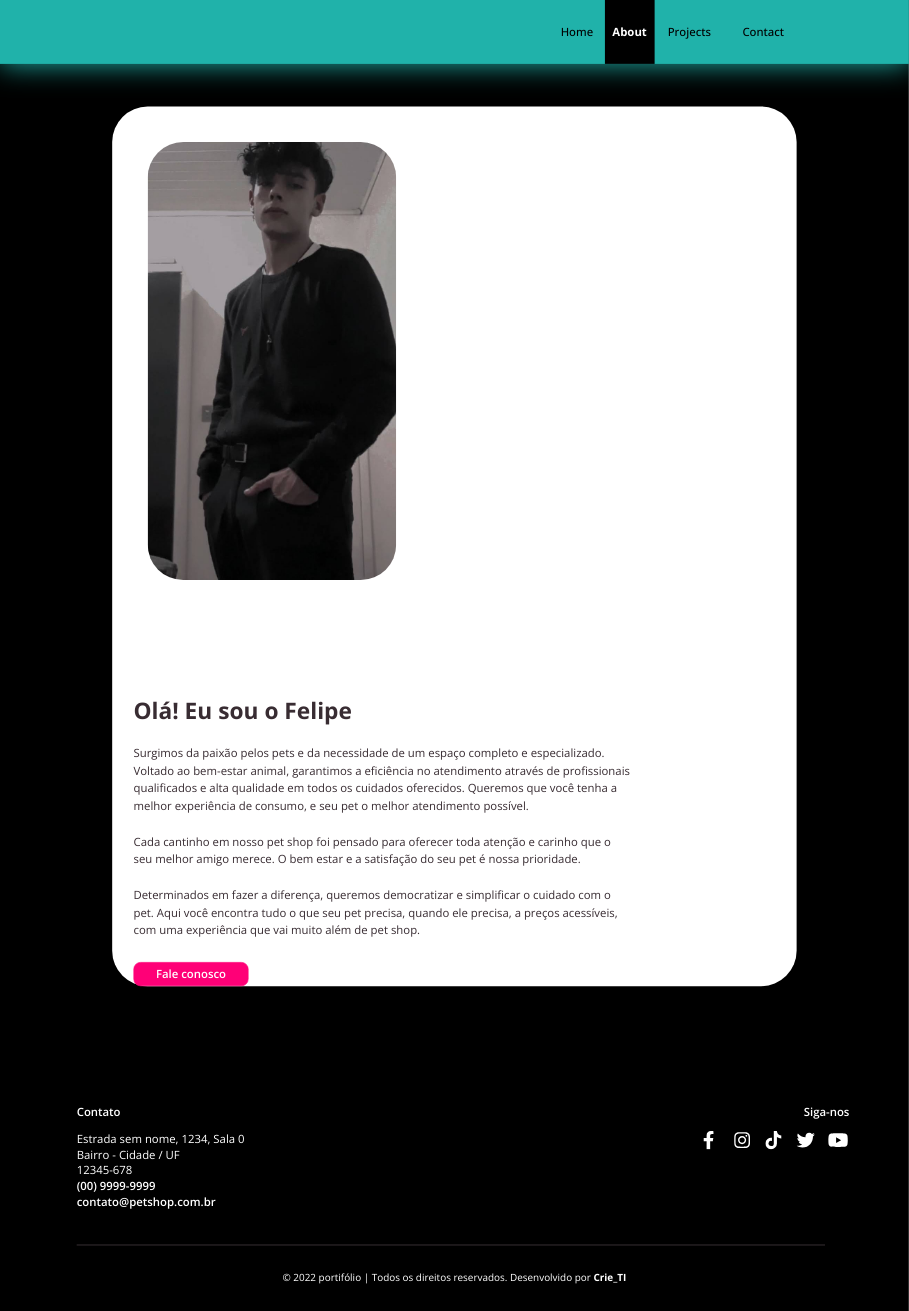
Repository: Fel1pit0/CRIE_TI
Page: Projetos/Portifólio/about.html
An editor plug-in stored every save of this project. The page is shown before and after the next save, followed by the edit.
The browser window is 1280 px wide. The pictures show the whole page, at 71% of full size.

Above is the page before, as saved 2022-05-25 14:56:34.

### Projetos/Portifólio/about.html
<!DOCTYPE html>
<html lang="en">
<head>
    <meta charset="UTF-8">
    <meta http-equiv="X-UA-Compatible" content="IE=edge">
    <meta name="viewport" content="width=device-width, initial-scale=1.0">
    <title>Portifólio</title>
    <link rel="stylesheet" href="styles.css">
    <link rel="preconnect" href="https://fonts.googleapis.com">
    <link rel="preconnect" href="https://fonts.gstatic.com" crossorigin>
    <link href="https://fonts.googleapis.com/css2?family=Roboto+Mono:wght@100&display=swap" rel="stylesheet">
</head>
<body>
    <header>
        <a href="index.html"></a>
        <nav class="pages">
          <div class="home-page"><a href="index.html">Home</a></div>
          <div class="about-page" style="background-color: black; color: #fff; font-weight: bold;"><a href="about.html">About</a></div>
          <div class="services-page"><a href="services.html">Projects</a></div>
          <div class="contact-page"><a href="contact.html">Contact</a></div>
        </nav>
    </header>

    <section id="about">
        <div>
          <img class="image-about" src="imagens/eu.jpeg" alt="minha-foto">
          <div class="desc-about">
            <h2>Olá! Eu sou o Felipe</h2>
            <p>Surgimos da paixão pelos pets e da necessidade de um espaço completo e especializado.<br/>
              Voltado ao bem-estar animal, garantimos a eficiência no atendimento através de profissionais qualificados e alta qualidade em todos os cuidados oferecidos. Queremos que você tenha a melhor experiência de consumo, e seu pet o melhor atendimento possível.<br/>
              <br>
              Cada cantinho em nosso pet shop foi pensado para oferecer toda atenção e carinho que o seu melhor amigo merece. O bem estar e a satisfação do seu pet é nossa prioridade.<br/>
              <br/>
              Determinados em fazer a diferença, queremos democratizar e simplificar o cuidado com o pet. Aqui você encontra tudo o que seu pet precisa, quando ele precisa, a preços acessíveis, com uma experiência que vai muito além de pet shop.
            </p>
              <div class="contact-button"><a href="contact.html">Fale conosco</a></div>
          </div>
        </div>
    </section>

      <footer>
        <div class="foot-logo"></div>
          <div class="row-foot">
            <div class="contact-foot">
              <p>Contato</p>
                <div class="desc-contact">
                    <span>
                    Estrada sem nome, 1234, Sala 0<br/>
                    Bairro - Cidade / UF<br/>
                    12345-678<br/>
                    </span>
                    <a href="tel:+550099999999">(00) 9999-9999</a><br/>
                    <a href="mailto:contato@petshop.com.br">contato@petshop.com.br</a><br/>
                </div>
            </div>
            <div class="time-foot">
            </div>
            <div class="follow-foot">
              <p>Siga-nos</p>
                <div class="desc-follow">
                    <div class="social-icons">
                        <div class="ico-social"><a href="https://www.facebook.com/"><svg xmlns="http://www.w3.org/2000/svg" viewBox="0 0 600 512"><!--! Font Awesome Pro 6.1.1 by @fontawesome - https://fontawesome.com License - https://fontawesome.com/license (Commercial License) Copyright 2022 Fonticons, Inc. --><path d="M279.14 288l14.22-92.66h-88.91v-60.13c0-25.35 12.42-50.06 52.24-50.06h40.42V6.26S260.43 0 225.36 0c-73.22 0-121.08 44.38-121.08 124.72v70.62H22.89V288h81.39v224h100.17V288z"/></svg></a></div>
                        <div class="ico-social"><a href="https://www.instagram.com/"><svg xmlns="http://www.w3.org/2000/svg" viewBox="0 0 600 512"><!--! Font Awesome Pro 6.1.1 by @fontawesome - https://fontawesome.com License - https://fontawesome.com/license (Commercial License) Copyright 2022 Fonticons, Inc. --><path d="M224.1 141c-63.6 0-114.9 51.3-114.9 114.9s51.3 114.9 114.9 114.9S339 319.5 339 255.9 287.7 141 224.1 141zm0 189.6c-41.1 0-74.7-33.5-74.7-74.7s33.5-74.7 74.7-74.7 74.7 33.5 74.7 74.7-33.6 74.7-74.7 74.7zm146.4-194.3c0 14.9-12 26.8-26.8 26.8-14.9 0-26.8-12-26.8-26.8s12-26.8 26.8-26.8 26.8 12 26.8 26.8zm76.1 27.2c-1.7-35.9-9.9-67.7-36.2-93.9-26.2-26.2-58-34.4-93.9-36.2-37-2.1-147.9-2.1-184.9 0-35.8 1.7-67.6 9.9-93.9 36.1s-34.4 58-36.2 93.9c-2.1 37-2.1 147.9 0 184.9 1.7 35.9 9.9 67.7 36.2 93.9s58 34.4 93.9 36.2c37 2.1 147.9 2.1 184.9 0 35.9-1.7 67.7-9.9 93.9-36.2 26.2-26.2 34.4-58 36.2-93.9 2.1-37 2.1-147.8 0-184.8zM398.8 388c-7.8 19.6-22.9 34.7-42.6 42.6-29.5 11.7-99.5 9-132.1 9s-102.7 2.6-132.1-9c-19.6-7.8-34.7-22.9-42.6-42.6-11.7-29.5-9-99.5-9-132.1s-2.6-102.7 9-132.1c7.8-19.6 22.9-34.7 42.6-42.6 29.5-11.7 99.5-9 132.1-9s102.7-2.6 132.1 9c19.6 7.8 34.7 22.9 42.6 42.6 11.7 29.5 9 99.5 9 132.1s2.7 102.7-9 132.1z"/></svg></a></div>
                        <div class="ico-social"><a href="https://www.tiktok.com/"><svg xmlns="http://www.w3.org/2000/svg" viewBox="0 0 600 512"><!--! Font Awesome Pro 6.1.1 by @fontawesome - https://fontawesome.com License - https://fontawesome.com/license (Commercial License) Copyright 2022 Fonticons, Inc. --><path d="M448,209.91a210.06,210.06,0,0,1-122.77-39.25V349.38A162.55,162.55,0,1,1,185,188.31V278.2a74.62,74.62,0,1,0,52.23,71.18V0l88,0a121.18,121.18,0,0,0,1.86,22.17h0A122.18,122.18,0,0,0,381,102.39a121.43,121.43,0,0,0,67,20.14Z"/></svg></a></div>
                        <div class="ico-social"><a href="https://twitter.com/"><svg xmlns="http://www.w3.org/2000/svg" viewBox="0 0 600 512"><!--! Font Awesome Pro 6.1.1 by @fontawesome - https://fontawesome.com License - https://fontawesome.com/license (Commercial License) Copyright 2022 Fonticons, Inc. --><path d="M459.37 151.716c.325 4.548.325 9.097.325 13.645 0 138.72-105.583 298.558-298.558 298.558-59.452 0-114.68-17.219-161.137-47.106 8.447.974 16.568 1.299 25.34 1.299 49.055 0 94.213-16.568 130.274-44.832-46.132-.975-84.792-31.188-98.112-72.772 6.498.974 12.995 1.624 19.818 1.624 9.421 0 18.843-1.3 27.614-3.573-48.081-9.747-84.143-51.98-84.143-102.985v-1.299c13.969 7.797 30.214 12.67 47.431 13.319-28.264-18.843-46.781-51.005-46.781-87.391 0-19.492 5.197-37.36 14.294-52.954 51.655 63.675 129.3 105.258 216.365 109.807-1.624-7.797-2.599-15.918-2.599-24.04 0-57.828 46.782-104.934 104.934-104.934 30.213 0 57.502 12.67 76.67 33.137 23.715-4.548 46.456-13.32 66.599-25.34-7.798 24.366-24.366 44.833-46.132 57.827 21.117-2.273 41.584-8.122 60.426-16.243-14.292 20.791-32.161 39.308-52.628 54.253z"/></svg></a></div>
                        <div class="ico-social"><a href="https://www.youtube.com/"><svg xmlns="http://www.w3.org/2000/svg" viewBox="0 0 600 512"><!--! Font Awesome Pro 6.1.1 by @fontawesome - https://fontawesome.com License - https://fontawesome.com/license (Commercial License) Copyright 2022 Fonticons, Inc. --><path d="M549.655 124.083c-6.281-23.65-24.787-42.276-48.284-48.597C458.781 64 288 64 288 64S117.22 64 74.629 75.486c-23.497 6.322-42.003 24.947-48.284 48.597-11.412 42.867-11.412 132.305-11.412 132.305s0 89.438 11.412 132.305c6.281 23.65 24.787 41.5 48.284 47.821C117.22 448 288 448 288 448s170.78 0 213.371-11.486c23.497-6.321 42.003-24.171 48.284-47.821 11.412-42.867 11.412-132.305 11.412-132.305s0-89.438-11.412-132.305zm-317.51 213.508V175.185l142.739 81.205-142.739 81.201z"/></svg></a></div>
                    </div>
                </div>
            </div>
          <div class="line-foot"></div>
          <div class="copy"><span>© 2022 portifólio | Todos os direitos reservados. Desenvolvido por <b>Crie_TI</b></span></div>
      </footer>
</body>
</html>

### Projetos/Portifólio/styles.css
@import url('https://fonts.googleapis.com/css2?family=Open+Sans:ital,wght@0,300;0,400;0,500;0,600;0,700;0,800;1,300;1,400;1,500;1,600;1,700;1,800&display=swap');
body{
  font-family: 'Open Sans', sans-serif;
  background-color: black;
}
.brand{
  width: 250px;
  margin-left: 50px;
}
header {
  background-color: #20B2AA;
  display: flex;
  align-items: center;
  position: fixed;
  padding: 0 50px;
  top: 0;
  left: 0px;
  right: 0px;
  height: 90px;
  box-shadow: 0 0 40px #20b2aa;
  z-index: 2;
}
.home-page, .about-page{
  display: inline-block;
  text-align: center;
  height: 90px;
  width: 70px;
}
.products-page, .services-page{
  display: inline-block;
  text-align: center;
  height: 90px;
  width: 90px;
}
.contact-page {
  display: inline-block;
  text-align: center;
  height: 90px;
  width: 110px;
}
.home-page a, .about-page a, .products-page a, .services-page a, .contact-page a{
  margin-top: 34px;
  margin-bottom: auto;
}
.pages {
  width: auto;
  font-weight: 450;
  justify-content: space-between;
  margin-left: auto;
  margin-right: 100px;
}
.pages a{
  color: inherit;
  text-decoration: none;
  display: inline-block;
}
.pages a:hover{
  color: #ff0077;
}
.banner {
  width: 100%;
  height: 600px;
  margin-top: 80px;
  object-fit: cover;
}
#our-services{
  text-align: center;
}
.sub-title{
  margin-top: 60px;
  text-align: center;
  color: #1A2138;
  font-size: 32px;
}
.column {
  display:inline-block;
  padding: 30px;
  width: 15%;
  height: 250px;
  vertical-align: middle;
}
.column a{
  color: inherit;
  text-decoration: none;
  display: inline-block;
}
.column a:hover svg{
  transform: matrix3d(1.176,-0.17,0.00,0,0.17,1.176,0.00,0,0,0,1,0,0,0,0,1);
  -webkit-transform: matrix3d(1.176,-0.17,0.00,0,0.17,1.176,0.00,0,0,0,1,0,0,0,0,1);
  transform-origin: center center 0px;
  transition: all 0.5s ease 0s;
  -webkit-transform-origin: center center 0px;
  -webkit-transition: all 0.5s ease 0s;
}
.service-ico{
  fill: #ff0077;
  width: 60px;
  margin: auto;
}
.service-name{
  text-align: center;
  font-weight: 600;
  color: #ff0077;
}
.service-description{
  text-align: center;
  width: 240px;
  color: #858585;
}
#description {
  width: 100%;
  height: 350px;
  background-color: #07f;
}
.desc-logo{
  margin-top: 60px ;
  margin-left: 100px;
  position: top;
  width: 18%;
  height: 80px;
}
.desc-text{
  color: #fff;
  margin: 0 100px 0 100px;
  font-size: large;
}
#products{
  margin-top: 5em;
  text-align: center;
}
.product-column {
  display:inline-block;
  margin-left: 20px;
  width: 10em;
  height: 20em;
}
.product-column a{
  color: inherit;
  text-decoration: none;
}
.product-column:hover{
  border: 1px solid #cecece;
  border-radius: 10px;
  transform: matrix3d(1.2,0,0.00,0,0.00,1.2,0.00,0,0,0,1,0,0,0,0,1);
  transform-origin: center center 0px;
  transition: all 0.5s ease 0s;
  -webkit-transform-origin: center center 0px;
  -webkit-transition: all 0.5s ease 0s;
}
.product-column:hover img{
  opacity: 60%;
}
.product-ico{
  width: 140px;
  margin: 10px auto;
}
.product-name{
  font-size: 14px;
  font-weight: 500;
  color: #858585;
  width: 10em;
  height: 6em;
  margin-right: auto;
  margin-left: auto;
}
.product-price{
  align-items: flex-end;
  color: #ff0077;
  font-weight: bold;
}
.row{
  margin-top: 2em;
}
.product-more{
  width: 8em;
  margin-left: auto;
  margin-right: auto;
}
.button{
  background-color: #ff0077;
  color: #fff;
  font-weight: 400;
  height: 2em;
  margin-top: 2em;
  border: 1px solid #f07;
  border-radius: 10px;
  display: flex;
  justify-content: center;
  align-items: center;
}
.button:hover{
  transform: scale(1.03);
  transform-origin: center center 0px;
  transition: all 0.5s ease 0s;
  -webkit-transform-origin: center center 0px;
  -webkit-transition: all 0.5s ease 0s;
}
.button a{
  color: inherit;
  text-decoration: none;
}
footer{
  background-color: black;
  color: #fff;
  width: 100%;
  height: 300px;
}
.foot-logo svg{
  width: 15%;
  margin-top: 50px;
  margin-left: 100px;
  margin-bottom: 20px;
}
.row-foot{
  display: inline-block;
  width: 100%;
}
.contact-foot{
  display: inline-block;
  width: 330px;
  margin-left: 100px;
}
.contact-foot p{
  font-weight: 600;
  font-size: 16px;
}
.contact-foot a{
  color: inherit;
  text-decoration: none;
  font-weight: 600;
}
.desc-contact span{
  font-weight: lighter;
  width: 250px;
}
.time-foot{
  vertical-align: top;
  display: inline-block;
  width: 400px;
  text-align: center;
  font-weight: 600;
  font-size: 16px;
}
.desc-time span{
  margin-bottom: 0;
  font-weight: 100;
  width: 400px;
}
.follow-foot{
  vertical-align: top;
  display: inline-block;
  width: 300px;
  height: 20px;
  margin-left: 50px;
  text-align: right;
  font-weight: 600;
}
.ico-social{
  display: inline-block;
  margin: 0 0 0 10px;
  height: 30px;
  width: 30px;
}
.ico-social a{
  display: inline-block;
  width: 30px;
  vertical-align: top;
  margin: 0 0 30px;
  fill: #fff;
}
.ico-social:hover{
  transform: matrix3d(1.2,-0.26,0.00,0,0.26,1.164,0.00,0,0,0,1,0,0,0,0,1);
  transform-origin: center center 0px;
  transition: all 0.5s ease 0s;
  -webkit-transform-origin: center center 0px;
  -webkit-transition: all 0.5s ease 0s;
}
.line-foot{
  background-color: #ffd8ea;
  opacity: 30%;
  margin: 50px 110px 0 100px;
  width: auto;
  height: 1px;
}
.copy{
  margin-top: 35px;
  font-weight:lighter;
  font-size: 14px;
  text-align: center;
}
#about{
  margin-bottom: 50px;
  background-color: white;
  margin: 150px;
  border-radius: 50px;
}
.image-about{
  display: inline-block;
  width: 350px;
  height: auto;
  margin: 50px 0 0 50px;
  border-radius: 50px;
}
.desc-about{
  display: inline-block;
  margin: 130px 0 0 30px;
  width: 700px;
  vertical-align: top;
}
.desc-about h2{
  color: #382c32;
  font-size: 32px;
}
.desc-about p{
  color: #382c32;
  font-size: 16px;
  font-weight: lighter;
  line-height: 25px;
}
.contact-button{
  width: 10em;
  background-color: #ff0077;
  color: #fff;
  font-size: 16px;
  font-weight: 600;
  height: 2em;
  margin-top: 2em;
  border: 1px solid #f07;
  border-radius: 10px;
  display: flex;
  justify-content: center;
  align-items: center;
}
.contact-button a{
  color: inherit;
  text-decoration: none;
  width: 10em;
  text-align: center;
}
.contact-button:hover{
  transform: scale(1.03);
  transform-origin: center center 0px;
  transition: all 0.5s ease 0s;
  -webkit-transform-origin: center center 0px;
  -webkit-transition: all 0.5s ease 0s;
}
.products-title{
  font-size: 32px;
  text-align: left;
  margin-top: 150px;
  margin-left: 100px;
  color: #1A2138;
}
#services{
  margin-top: 90px;
}
#products{
  margin-bottom: 5em;
}
.shower{
  background-image: url(Imagens/Serviços/bath-and-groom.jpg);
  height: 350px;
  background-size: 500px 350px;
  background-position: left;
  background-repeat: no-repeat;
}
.desc-shower{
  display: inline-block;
  width: 600px;
  vertical-align: top;
  margin: 0 0 0 550px;
}
.desc-shower h3{
  color: #f07;
  font-size: 24px;
  font-weight: 400
}
.desc-shower span{
  color: #382c32;
  font-size: 18px;
  font-weight: 400;
  line-height: 25px;
}
.desc-shower p{
  color: #382c32;
  opacity: 80%;
  font-size: 16px;
  font-weight: 400;
  line-height: 25px;
}
.medic{
  background-color: #f07;
  background-image: url(Imagens/Serviços/medical-center.jpg);
  height: 350px;
  background-size: 500px 350px;
  background-position: right;
  background-repeat: no-repeat;
}
.desc-medic{
  display: inline-block;
  width: 650px;
  vertical-align: top;
  margin: 10px 0 0 100px;
  text-align: right;
}
.desc-medic h3{
  color: #fff;
  font-size: 24px;
  font-weight: 400
}
.desc-medic span{
  color: #fff;
  font-size: 18px;
  font-weight: 500;
  line-height: 30px;
}
.desc-medic p{
  color: #fff;
  opacity: 80%;
  font-size: 16px;
  font-weight: 100;
  line-height: 30px;
}
.drug{
  background-color: #07f;
  background-image: url(Imagens/Serviços/drugstore.jpg);
  height: 350px;
  background-size: 500px 350px;
  background-position: left;
  background-repeat: no-repeat;
}
.desc-drug{
  display: inline-block;
  width: 600px;
  vertical-align: top;
  margin: 30px 0 0 550px;
}
.desc-drug h3{
  color: #fff;
  font-size: 24px;
  font-weight: 400
}
.desc-drug span{
  color: #fff;
  font-size: 18px;
  font-weight: 400;
  line-height: 25px;
}
.desc-drug p{
  color: #fff;
  opacity: 80%;
  font-size: 16px;
  font-weight: 400;
  line-height: 25px;
}
.delivery{
  background-color: #FF320D;
  background-image: url(Imagens/Serviços/delivery.jpg);
  height: 350px;
  background-size: 500px 700px;
  background-position: right;
  background-repeat: no-repeat;
}
.desc-delivery{
  display: inline-block;
  width: 650px;
  vertical-align: top;
  margin: 50px 0 0 100px;
  text-align: right;
}
.desc-delivery h3{
  color: #fff;
  font-size: 24px;
  font-weight: 400
}
.desc-delivery span{
  color: #fff;
  font-size: 18px;
  font-weight: 500;
  line-height: 30px;
}
.desc-delivery p{
  color: #fff;
  opacity: 80%;
  font-size: 16px;
  font-weight: 100;
  line-height: 30px;
}
.pick{
  background-color: #C10DFF;
  background-image: url(Imagens/Serviços/pick-up.jpg);
  height: 350px;
  background-size: 500px 350px;
  background-position: left;
  background-repeat: no-repeat;
}
.desc-pick{
  display: inline-block;
  width: 600px;
  vertical-align: top;
  margin: 50px 0 0 550px;
}
.desc-pick h3{
  color: #fff;
  font-size: 24px;
  font-weight: 400
}
.desc-pick span{
  color: #fff;
  font-size: 18px;
  font-weight: 400;
  line-height: 25px;
}
.desc-pick p{
  color: #fff;
  opacity: 80%;
  font-size: 16px;
  font-weight: 400;
  line-height: 25px;
}
.care{
  background-color: #6cf515;
  background-image: url(Imagens/Serviços/daycare.jpg);
  height: 350px;
  background-size: 500px 350px;
  background-position: right;
  background-repeat: no-repeat;
}
.desc-care{
  display: inline-block;
  width: 650px;
  vertical-align: top;
  margin: 30px 0 0 100px;
  text-align: right;
}
.desc-care h3{
  color: #fff;
  font-size: 24px;
  font-weight: 400
}
.desc-care span{
  color: #fff;
  font-size: 18px;
  font-weight: 500;
  line-height: 30px;
}
.desc-care p{
  color: #fff;
  opacity: 80%;
  font-size: 16px;
  font-weight: 100;
  line-height: 30px;
}
.hotel{
  background-color: #353535;
  height: 350px;
}
.hotel-img{
  width: 500px;
  height: 350px;

}
.desc-hotel{
  display: inline-block;
  width: 650px;
  vertical-align: top;
  margin: 50px 0 0 50px;
}
.desc-hotel h3{
  color: #fff;
  font-size: 24px;
  font-weight: 400
}
.desc-hotel span{
  color: #fff;
  font-size: 18px;
  font-weight: 400;
  line-height: 25px;
}
.desc-hotel p{
  color: #fff;
  opacity: 80%;
  font-size: 16px;
  font-weight: 300;
  line-height: 25px;
  width: 600px;
}
#talk{
  margin-bottom: 5em;
  width: 100%;
}
.inputs{
  display: inline-block;
  margin-left: 100px;
  width: 50%;
}
.input-name{
  color: #858585;
  font-size: 14px;
}
.form-item{
  width: 100%;
  min-height: 35px;
  margin-bottom: 20px;
  border: 1px solid #858585;
  border-radius: 5px;
  box-sizing: border-box;
  background-color: #fff;
  font-size: 16px;
}
.send-button{
  width: 7em;
  background-color: #ff0077;
  color: #fff;
  font-size: 16px;
  font-weight: 600;
  height: 40px;
  border: 1px solid #f07;
  border-radius: 10px;
  justify-content: center;
  align-items: center;
}
.send-button a{
  color: inherit;
  text-decoration: none;
  width: 10em;
  text-align: center;
}
.send-button:hover{
  transform: scale(1.03);
  transform-origin: center center 0px;
  transition: all 0.5s ease 0s;
  -webkit-transform-origin: center center 0px;
  -webkit-transition: all 0.5s ease 0s;
}
.infos{
  width: 450px;
  display: inline-block;
  margin-left: 30px;
}
.info-item{
  font-size: 13px;
  font-weight: 600;
  color: #858585;
  margin-bottom: 0px;
}
.infos a{
  color: #f07;
  text-decoration: none;
  font-size: 16px;
  font-weight: 600;
}

After the next save:
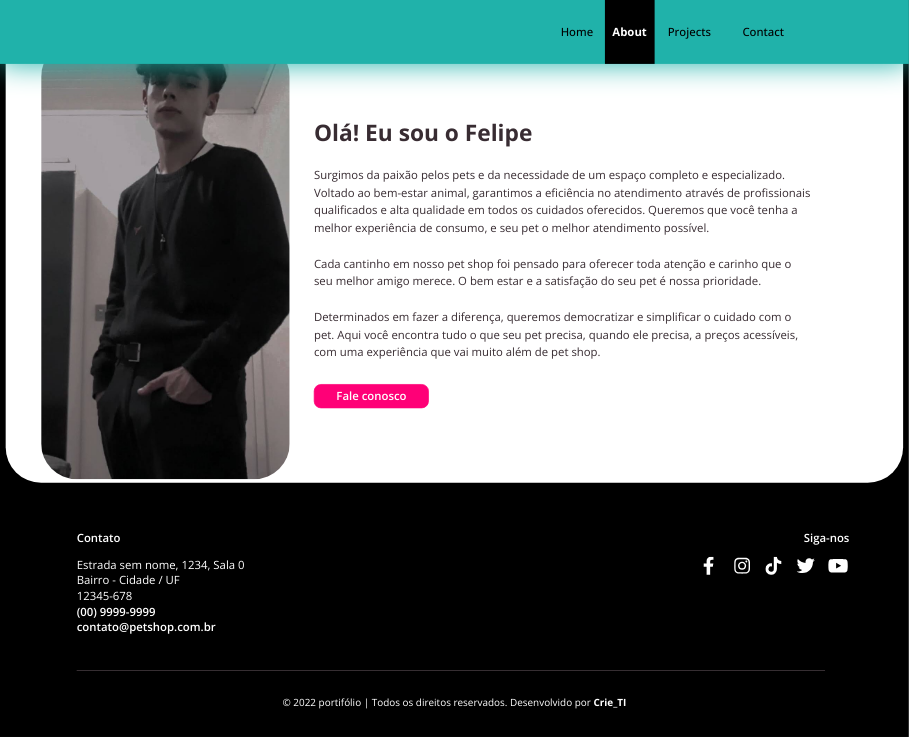
Saved 17 s later.
--- a/Projetos/Portifólio/styles.css
+++ b/Projetos/Portifólio/styles.css
@@ -291,7 +291,7 @@
 #about{
   margin-bottom: 50px;
   background-color: white;
-  margin: 150px;
+  margin: 150px 0 o 30px;
   border-radius: 50px;
 }
 .image-about{

After the save that followed:
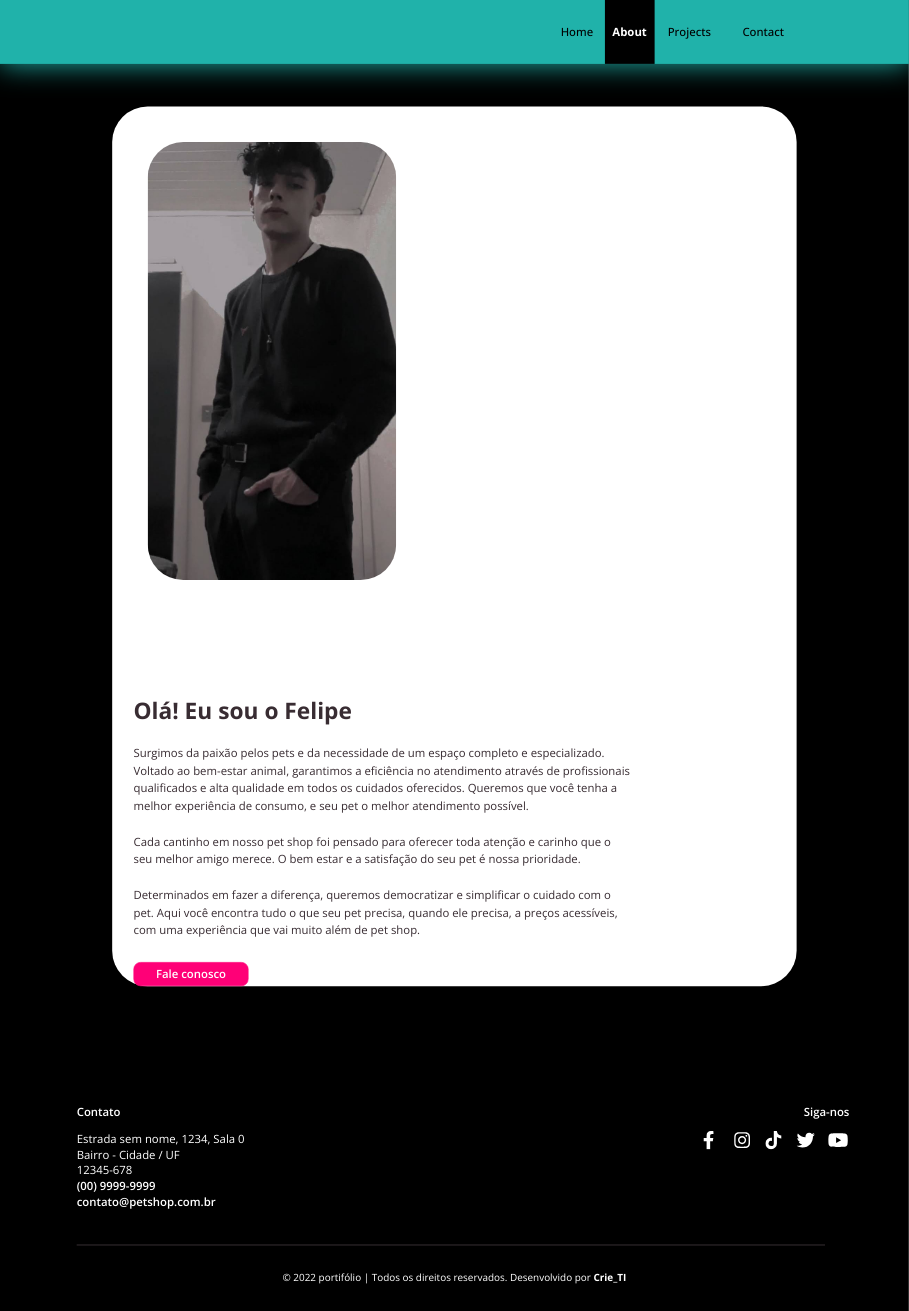
Saved 6 s later.
--- a/Projetos/Portifólio/styles.css
+++ b/Projetos/Portifólio/styles.css
@@ -291,7 +291,7 @@
 #about{
   margin-bottom: 50px;
   background-color: white;
-  margin: 150px 0 o 30px;
+  margin: 150px;
   border-radius: 50px;
 }
 .image-about{
